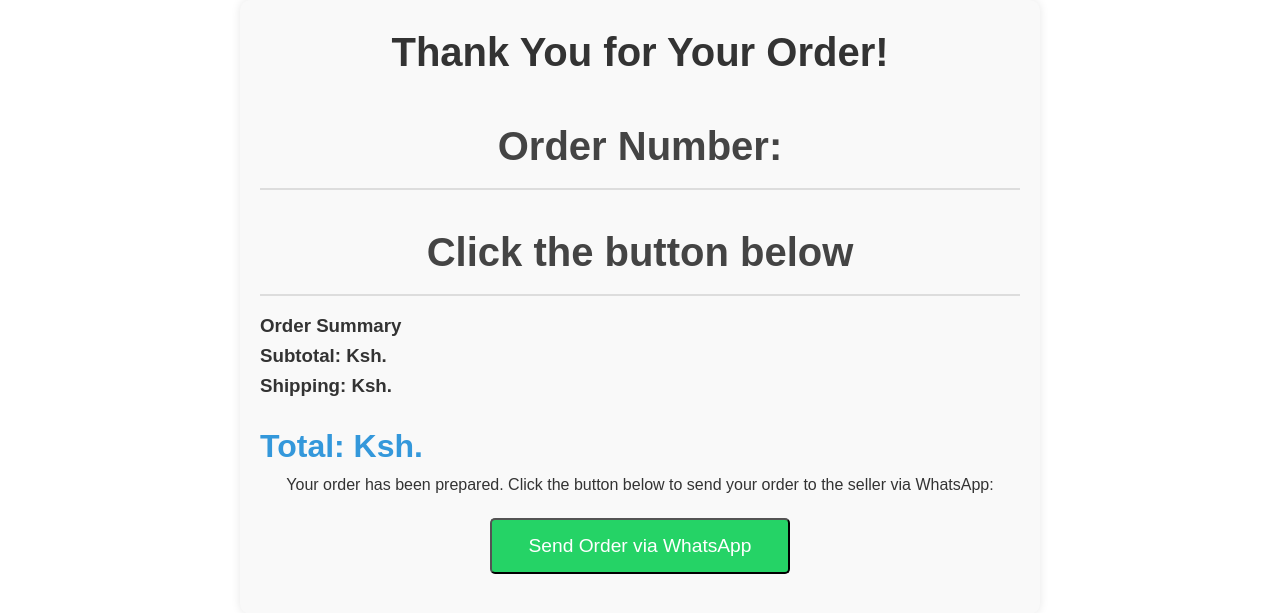
Repository: mrPractise/Elma-Shop
Page: templates/thankyou.html
These files come from the project's save history. The page is drawn as it stood at one moment and after the next save; the edit follows.
The browser window is 1280 px wide. The pictures show the whole page.
Some web fonts or font styles are not loaded; a fallback is used. The page is served by the project's application, run on Django 5.2 (manage.py). The template is opened directly, without the code that normally fills it, so the values that code supplies are empty.

Above is the page before, as saved 2024-09-29 17:33:40.

After the next save:
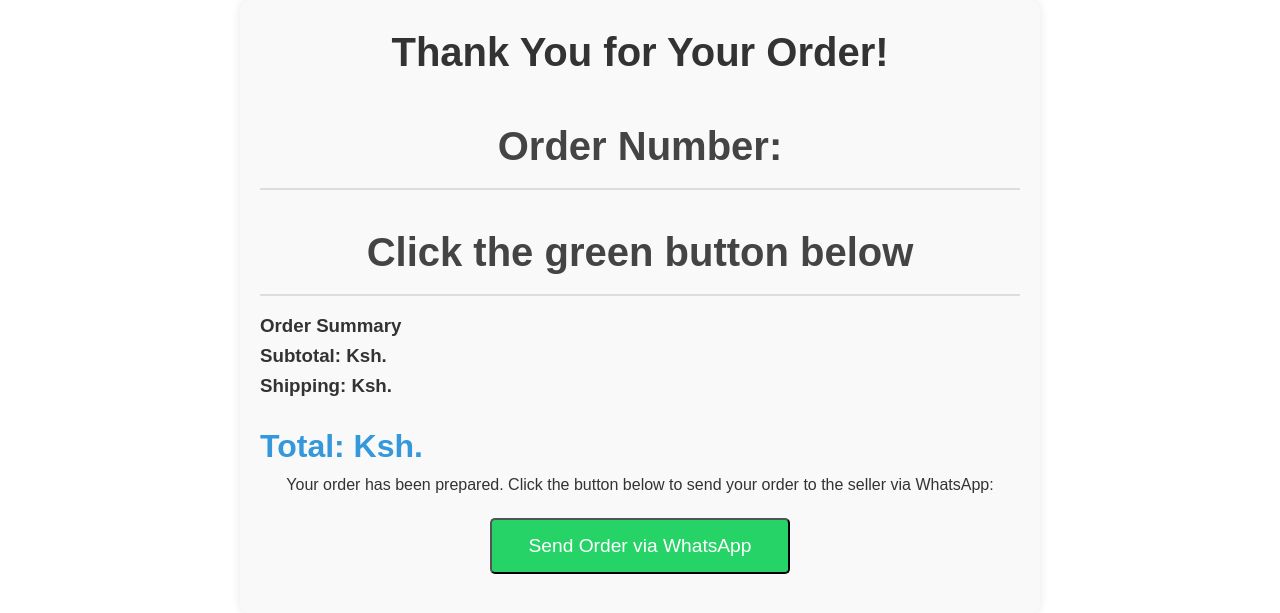
Saved 10 s later.
--- a/templates/thankyou.html
+++ b/templates/thankyou.html
@@ -6,7 +6,7 @@
 <div class="thankyou-container">
     <h1>Thank You for Your Order!</h1>
     <h2>Order Number: {{ order.order_number }}</h2>
- <h2>Click the button below</h2>
+ <h2>Click the green button below</h2>
     <h3>Order Summary</h3>
     {% for item in order.items %}
         <div class="thankyou-order-item">
